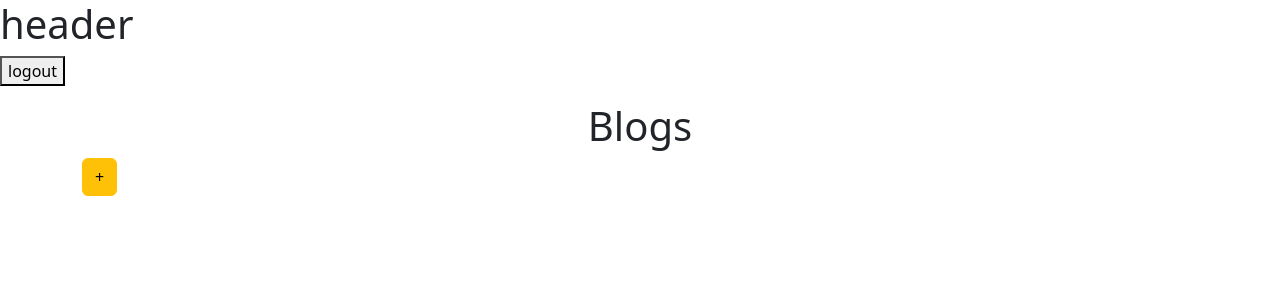
Repository: wasimalbokae2000/blogs
Page: http://localhost/posts
The author's editor kept a copy of each file at every save. The page is drawn from the files as they stood at one save, then again after the next save.
The browser window is 1280 px wide. The pictures show the whole page.
The page is served by the project's Laravel application, run on PHP 8.4 with Laravel 12. A made-up administrator, Test User (test@example.com), is signed in. Queries for data that is not in the repository find no rows.

Above is the page before, as saved 2024-12-23 16:54:47.

After the next save:
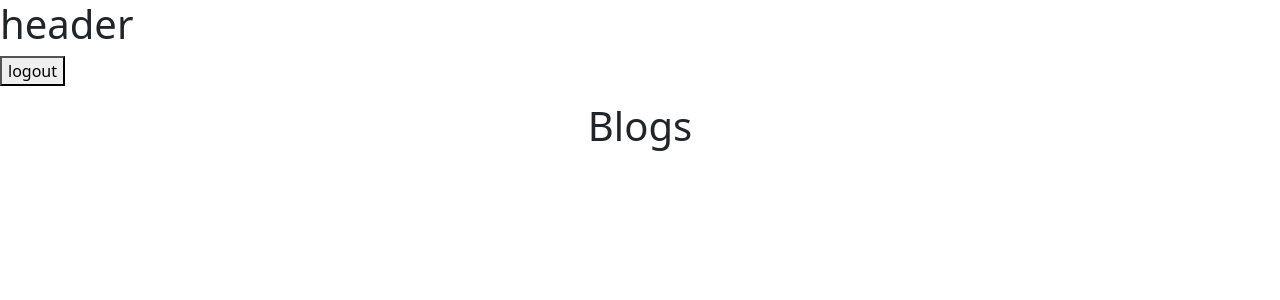
Saved 4 min 1 s later.
--- a/resources/views/posts/index.blade.php
+++ b/resources/views/posts/index.blade.php
@@ -23,7 +23,9 @@
         <h1>hello admin</h1>
         @endcan
         <h1 class="text-center">Blogs</h1>
+        @cannot('is_admin', Auth::user())
         <a href="{{route('posts.create')}}" class="btn btn-warning">+</a>
+        @endcannot
         <div class="row">
             @foreach ($posts as $post )
             <div class="mt-3 mb-3 col-xxl-4 col-xl-4 col-lg-6 col-md-12 col-sm-12">

After the save that followed:
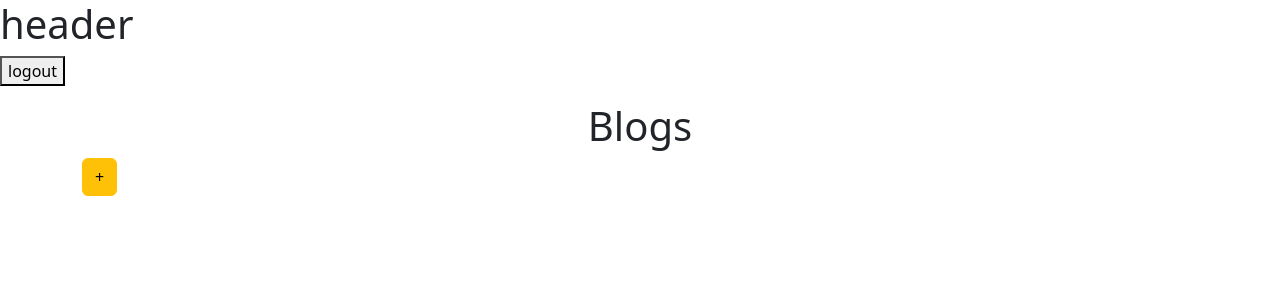
Saved 12 s later.
--- a/app/Policies/UserPolicy.php
+++ b/app/Policies/UserPolicy.php
@@ -8,7 +8,7 @@ use Illuminate\Auth\Access\Response;
 class UserPolicy
 {
 
-    public function is_admin(User $user): bool
+    public function is_adminz(User $user): bool
     {
         return $user->is_admin;
     }
